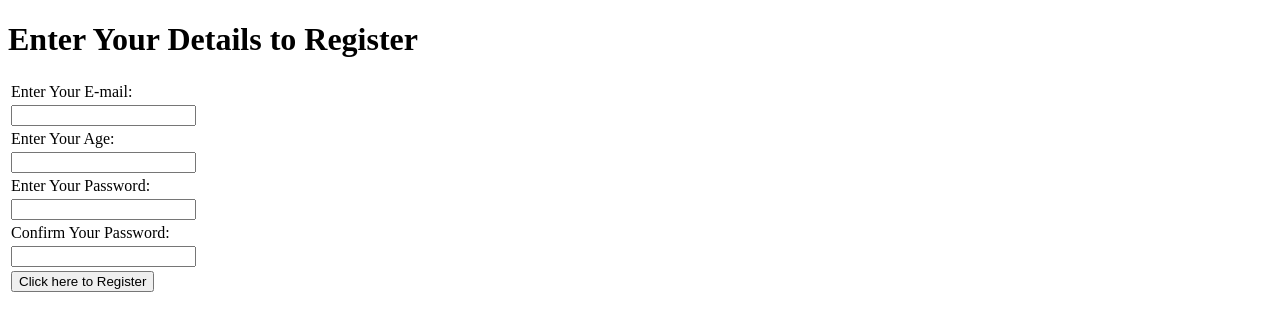
Repository: royalnavghans/JavaFullStackGit
Page: http://localhost/SpringAss2/WEB-INF/Register.jsp
The author's editor kept a copy of each file at every save. The page is drawn from the files as they stood at one save, then again after the next save.
The browser window is 1280 px wide. The pictures show the whole page.
The page is served by Tomcat 9. Nobody is signed in. Other server files are loaded and not shown. The template is opened directly, without the code that normally fills it, so the values that code supplies are empty.

Above is the page before, as saved 2022-12-04 10:37:14.

### RoyalSpringProjects/RoyalSpringProjects/SpringAss2/src/main/webapp/WEB-INF/Register.jsp
<%@ page language="java" contentType="text/html; charset=ISO-8859-1"
	pageEncoding="ISO-8859-1"%>
<%@ taglib prefix="form" uri="http://www.springframework.org/tags/form"%>
<!DOCTYPE html>
<html>
<head>
<meta charset="ISO-8859-1">
<title>Insert title here</title>
</head>
<style type="text/css">
.error {
	color: red
}
</style>
<body>
	<h1>Enter Your Details to Register</h1>
	<table>
		<tbody>
			<form:form action="validate" modelAttribute="cust">
				<tr>
					<td><form:label path="Email">Enter Your E-mail:</form:label></td>
				</tr>
				<tr>
					<td><form:input path="Email" /></td>
				</tr>
				<form:errors path="Email" cssClass="error" />
				<tr>
					<td><form:label path="Age">Enter Your Age:</form:label></td>
				</tr>
				<tr>
					<td><form:input path="Age" /></td>
				</tr>
				<form:errors path="Age" cssClass="error" />
				<tr>
					<td><form:label path="Password">Enter Your Password:</form:label></td>
				</tr>
				<tr>
					<td><form:input path="Password" /></td>
				</tr>
				<form:errors path="Password" cssClass="error" />
				<tr>
					<td><form:label path="ConfrmPassword">Confirm Your Password: </form:label></td>
				</tr>
				<tr>
					<td><form:input path="ConfrmPassword" /></td>
				</tr>
				<form:errors path="ConfrmPassword" cssClass="error" />
				<tr>
					<td><input type="submit" value="Click here to Register"></td>
				</tr>
			</form:form>
		</tbody>
	</table>
</body>
</html>

After the next save:
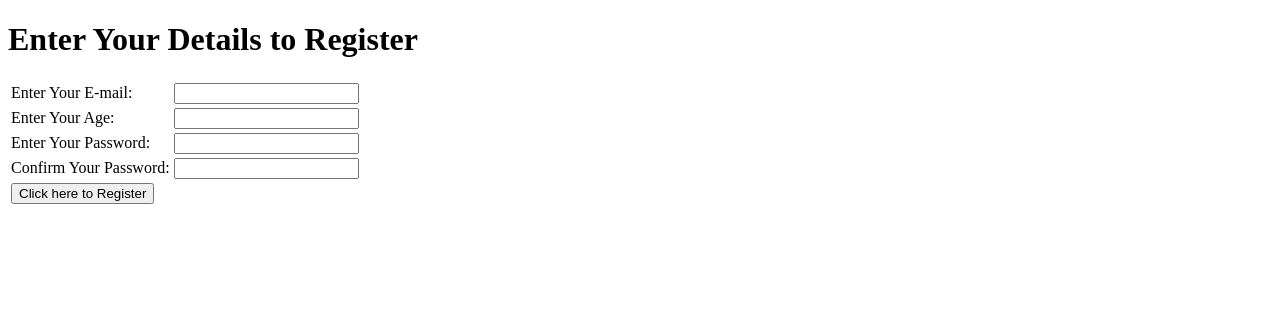
Saved 37 s later.
--- a/RoyalSpringProjects/RoyalSpringProjects/SpringAss2/src/main/webapp/WEB-INF/Register.jsp
+++ b/RoyalSpringProjects/RoyalSpringProjects/SpringAss2/src/main/webapp/WEB-INF/Register.jsp
@@ -19,29 +19,25 @@
 			<form:form action="validate" modelAttribute="cust">
 				<tr>
 					<td><form:label path="Email">Enter Your E-mail:</form:label></td>
-				</tr>
-				<tr>
+
 					<td><form:input path="Email" /></td>
 				</tr>
 				<form:errors path="Email" cssClass="error" />
 				<tr>
 					<td><form:label path="Age">Enter Your Age:</form:label></td>
-				</tr>
-				<tr>
+
 					<td><form:input path="Age" /></td>
 				</tr>
 				<form:errors path="Age" cssClass="error" />
 				<tr>
 					<td><form:label path="Password">Enter Your Password:</form:label></td>
-				</tr>
-				<tr>
+
 					<td><form:input path="Password" /></td>
 				</tr>
 				<form:errors path="Password" cssClass="error" />
 				<tr>
 					<td><form:label path="ConfrmPassword">Confirm Your Password: </form:label></td>
-				</tr>
-				<tr>
+
 					<td><form:input path="ConfrmPassword" /></td>
 				</tr>
 				<form:errors path="ConfrmPassword" cssClass="error" />
